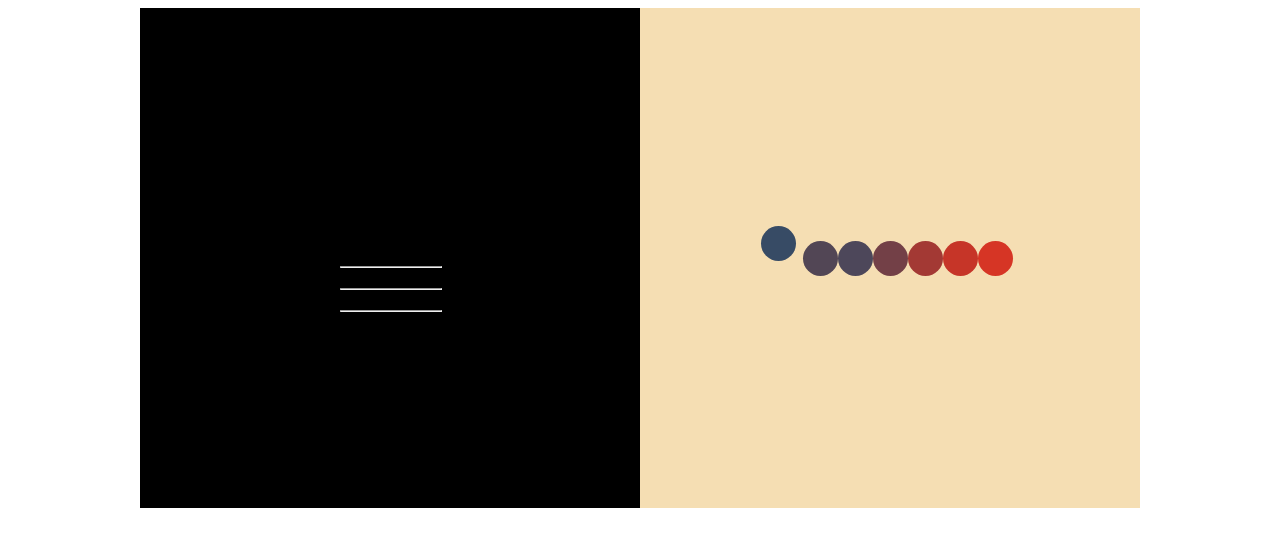
Repository: batonAnton/Hw-Lec10-animation
Page: index.html
These files come from the project's save history. The page is drawn as it stood at one moment and after the next save; the edit follows.
The browser window is 1280 px wide. The pictures show the whole page.

Above is the page before, as saved 2022-07-16 15:22:29.

After the next save:
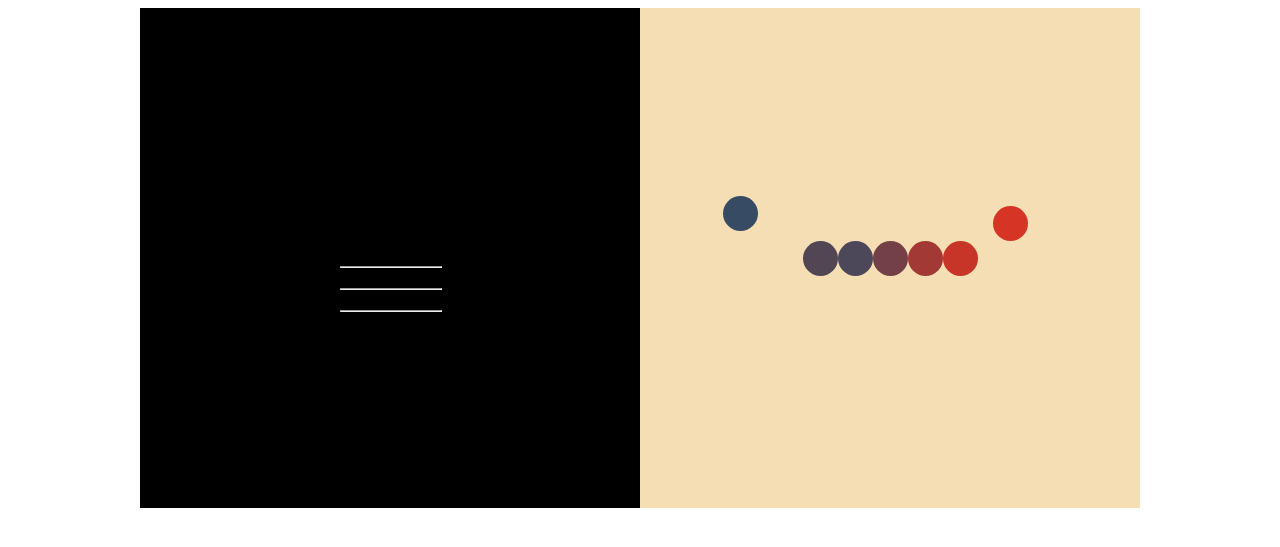
Saved 5 min 27 s later.
--- a/css/style.css
+++ b/css/style.css
@@ -83,7 +83,7 @@ hr{
 .circle:nth-child(1){
     background-color: rgb(55,75,101);
     animation-name: circle1;
-    animation-duration: 3s;
+    animation-duration: 2s;
     animation-iteration-count: infinite;
     position: absolute;
     margin-left: -210px;
@@ -109,9 +109,9 @@ hr{
 .circle:nth-child(7){
     background-color: rgb(214,53,37);
     animation-name: circle2;
-    animation-duration: 3s;
+    animation-duration: 2s;
     animation-iteration-count: infinite;
-    animation-delay: 15s;
+    /* animation-delay: 20s; */
     position: absolute;
     margin-right: -210px;
 
@@ -124,8 +124,8 @@ hr{
     }
 
     50%{
-        margin-right: 30px;
-        margin-top: -70px;
+        margin-right: 90px;
+        margin-top: -90px;
     }
     100%{
 
@@ -138,14 +138,27 @@ hr{
         top: 50px; */
     }
 
+    25%{
+        margin-left: 15px;
+        margin-top: -70px;
+    }
+
     50%{
         margin-left: 30px;
         margin-top: -70px;
-    animation-delay: 30s;
+        animation-delay: 300s;
+    }
+
+    75%{
+
+            margin-left: 15px;
+            margin-top: -35px;
+            animation-delay: 300s;
+
 
 
     }
     100%{
-
+        margin-right: -210px;
     }
 }
